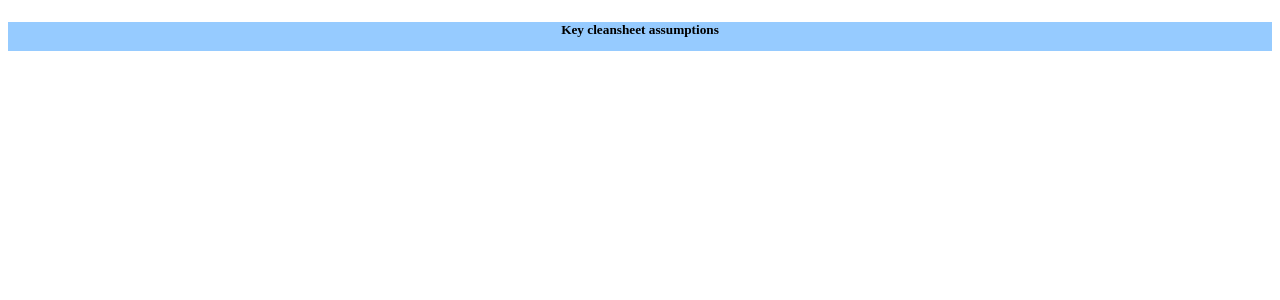
Repository: call4piyush/Cleansheet
Page: http://localhost/Cleansheet/ajax.jsp
The author's editor kept a copy of each file at every save. The page is drawn from the files as they stood at one save, then again after the next save.
The browser window is 1280 px wide. The pictures show the whole page.
The page is served by Tomcat 9. Queries for data that is not in the repository find no rows.

Above is the page before, as saved 2015-11-16 04:13:25.

After the next save:
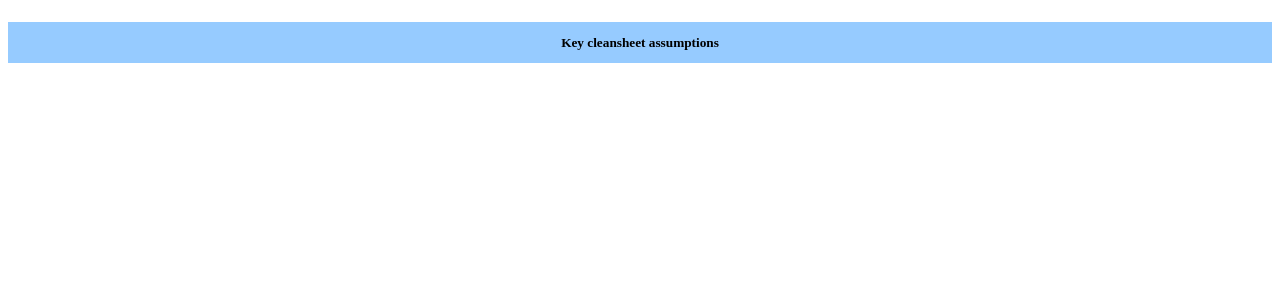
Saved 33 s later.
--- a/Cleansheet/WebContent/ajax.jsp
+++ b/Cleansheet/WebContent/ajax.jsp
@@ -14,7 +14,8 @@
 <head>
 </head>
 <body>
-		<h5 style=" font-weight: bold; text-align: center; background-color: #96CBFF; padding-bottom: 1%"
+		<h5 style=" font-weight: bold; text-align: center; background-color: #96CBFF; padding-bottom: 1%; padding-top: 1%"
+
 			>Key cleansheet assumptions
 </h5>
 	<%
